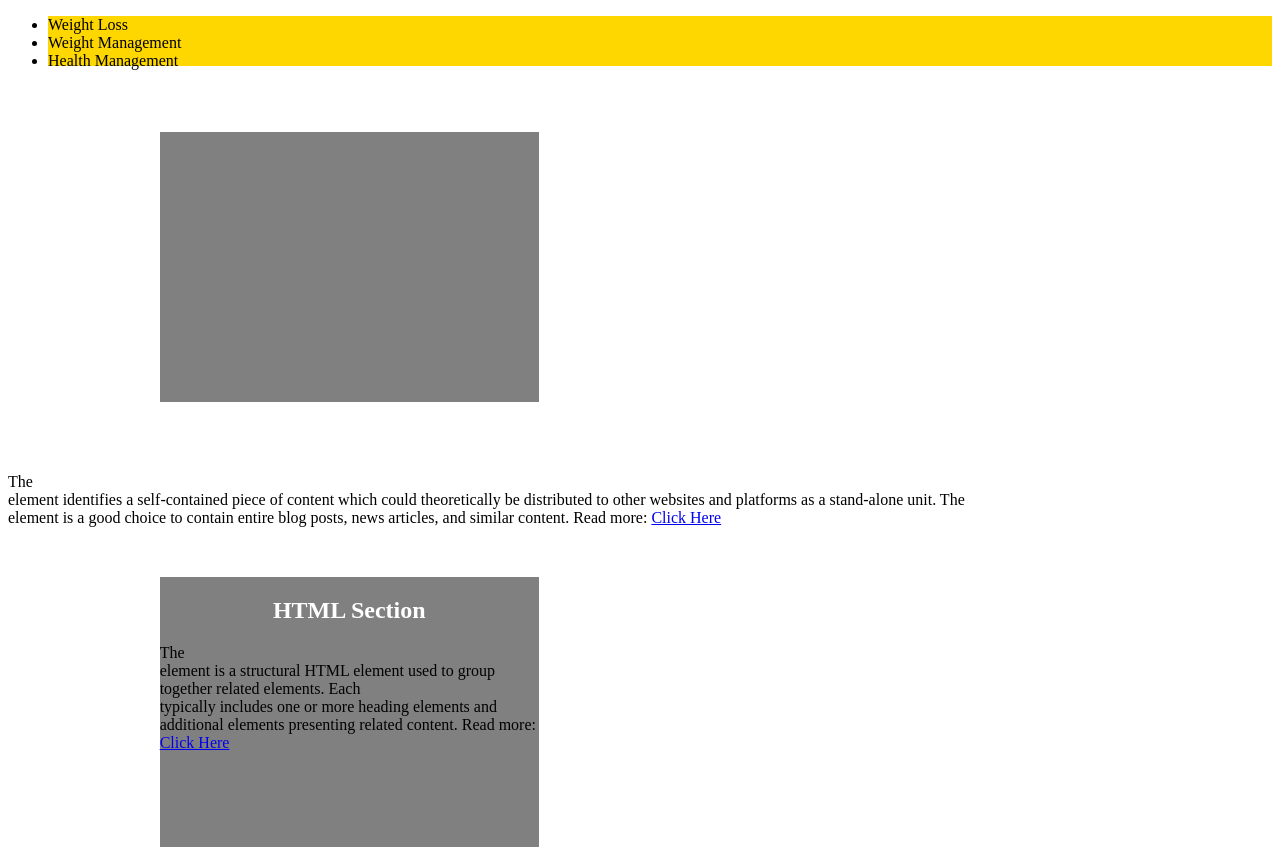
Repository: helloneibor/project1
Page: project1.html
The author's editor kept a record of every edit. The page is drawn from the files as they stood at one moment, then again after the next edit.
The browser window is 1280 px wide. The pictures show the whole page.

Above is the page before.

### project1.html
<!DOCTYPE html>
<html lang="en">
<head>
    <meta charset="UTF-8">
    <meta name="viewport" content="width=device-width, initial-scale=1.0">
    <meta http-equiv="X-UA-Compatible" content="ie=edge">
    <link rel="stylesheet" href="main.css"/>
    <title> Project 1 </title>
</head>
<body>
    <div>
        <ul>
        <header>
            <nav>
            <li> Weight Loss </li>
            <li> Weight Management </li>
            <li> Health Management </li>
            </nav>
        </header>
        </ul>
    </div>
    <section>
        <article>
            <div class="blocks"> </div>
            <h2> HTML Article </h2>
            The <article> element identifies a self-contained piece of content which could theoretically be distributed to other websites and platforms as a stand-alone unit. The <article> element is a good choice to contain entire blog posts, news articles, and similar content.

Read more: <a href="https://html.com/tags/article/#ixzz5nXVSt3us"/a> Click Here</a>

        </article>
        <article>
            <div class="blocks">
            <h2> HTML Section </h2>
            The <section> element is a structural HTML element used to group together related elements. Each <section> typically includes one or more heading elements and additional elements presenting related content.

Read more: <a href="https://html.com/tags/section/#ixzz5nXWPnf1w"> Click Here </a>
        </article>
    </section>

</body>
</html>

### main.css
nav {
    background-color: gold;
    height: 50px;
    width: 100%;
}

.blocks {
    background-color: grey;
    height: 270px;
    width: 30%;
    display:inline-block;
    margin-left: 12%;
    margin-top: 50px;
}

h2 {
    color: white;
    text-align: center;
}

.divmar{
    margin-left: 20px;
    text-align: left;
    color: white;
}

After the next edit:
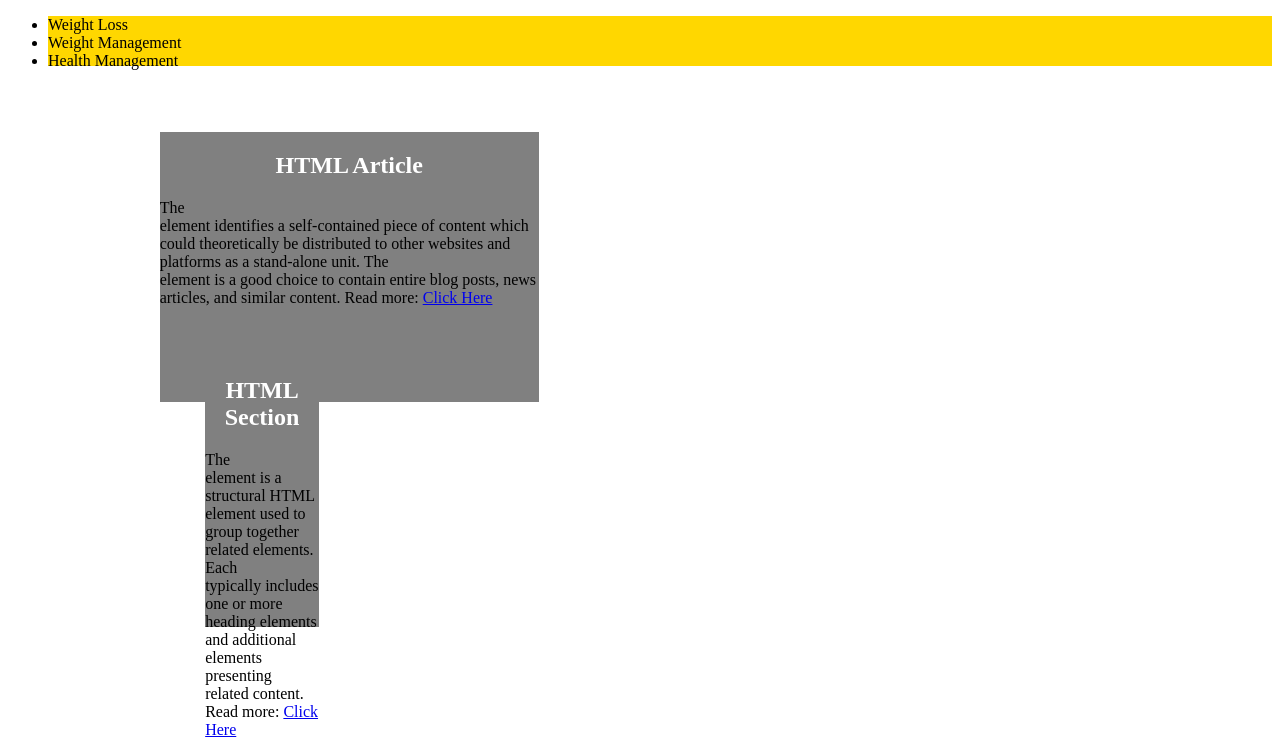
The edit:
--- a/project1.html
+++ b/project1.html
@@ -21,7 +21,7 @@
     </div>
     <section>
         <article>
-            <div class="blocks"> </div>
+            <div class="blocks">
             <h2> HTML Article </h2>
             The <article> element identifies a self-contained piece of content which could theoretically be distributed to other websites and platforms as a stand-alone unit. The <article> element is a good choice to contain entire blog posts, news articles, and similar content.
 
